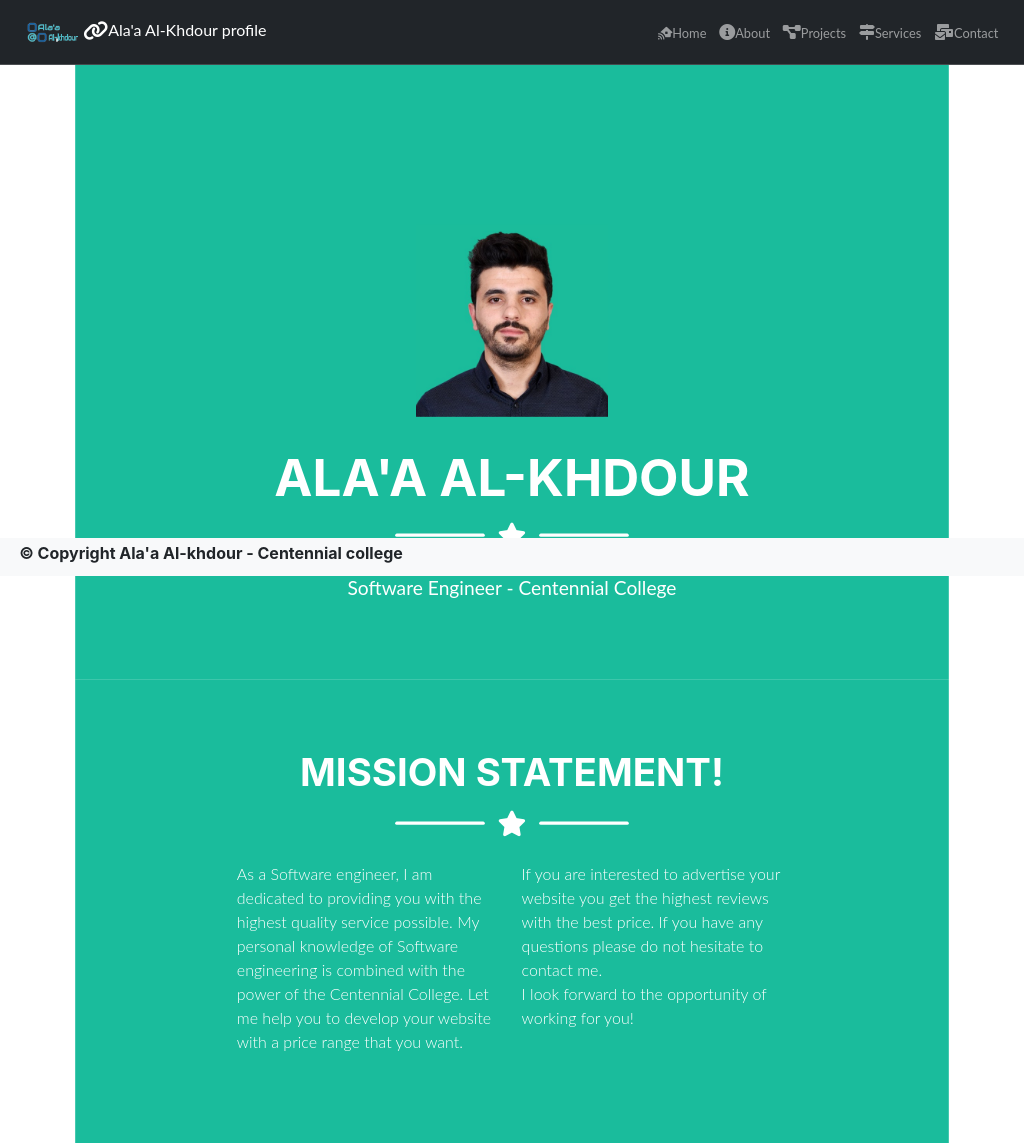
Repository: alaakhdour/heroukulivesite-section1
Page: http://localhost/
An editor plug-in stored every save of this project. The page is shown before and after the next save, followed by the edit.
The browser window is 1280 px wide. The pictures show the whole page, at 80% of full size.
The page is served by the project's Node server (server.js). Other server files are loaded and not shown.

Above is the page before, as saved 2022-06-18 01:52:56.

### Server/Views/index.ejs

<!DOCTYPE html>
<html lang="en">
<head>
    <meta charset="UTF-8">
    <meta http-equiv="X-UA-Compatible" content="IE=edge">
    <meta name="viewport" content="width=device-width, initial-scale=1.0">
    <title><%= title %></title>
    <!-- CSS Section -->
    <link rel="stylesheet" href="./bootstrap/dist/css/bootstrap.min.css">
    <link rel="stylesheet" href="./@fortawsome/fontawesome-free/css/all.min.css">
    <link rel="stylesheet" href="./Content/app.css">
    <link rel="stylesheet" href="./Content/styles.css">
</head>
<body>
    <!-- Main Navigation Section -->
    <header>
        <%- include('./components/header.ejs'); %>
    </header>

    <!-- Content Section-->
    <main>
        <%- include('content/' + page + '.ejs'); %>

    </main>

    <!-- Site-wide footer-->
    <footer>
        <%- include('components/footer.ejs'); %>
    </footer>

    <!-- JavaScript Section -->
    <script src="./jquery/dist/jquery.min.js"></script>
    <script src="./bootstrap/dist/js/bootstrap.min.js"></script>
    <script src="./@fortawesome/fontawesome-free/js/all.min.js"></script>
    <script src="./Scripts/app.js"></script>
</body>
</html>

### Server/Views/components/header.ejs
<nav class="navbar navbar-expand-lg navbar-dark bg-dark">
    <div class="container-fluid">
      <a class="navbar-brand" href="/"> <img src="./Assets/images/logo.png" alt="" width="80" height="55"><i class="fa-solid fa-link fa-lg"></i>Ala'a Al-Khdour profile</a>
      <button class="navbar-toggler" type="button" data-bs-toggle="collapse" data-bs-target="#navbarSupportedContent" aria-controls="navbarSupportedContent" aria-expanded="false" aria-label="Toggle navigation">
        <span class="navbar-toggler-icon"></span>
      </button>
      <div class="collapse navbar-collapse" id="navbarSupportedContent">
        <ul class="navbar-nav ms-auto mb-2 mb-lg-0">
          <li class="nav-item">
            <a class="nav-link" aria-current="page" href="/home"><i class="fa-solid fa-house-signal"></i>Home</a>
          </li>

          <li class="nav-item">
            <a class="nav-link" aria-current="page" href="/about"><i class="fa-solid fa-circle-info fa-lg"></i>About</a>
          </li>

          <li class="nav-item">
            <a class="nav-link" aria-current="page" href="/projects"><i class="fa-solid fa-diagram-project fa-lg"></i>Projects</a>
          </li>

          <li class="nav-item">
            <a class="nav-link" aria-current="page" href="/services"><i class="fa-solid fa-signs-post fa-lg"></i>Services</a>
          </li>

          <li class="nav-item">
            <a class="nav-link" aria-current="page" href="/contact"><i class="fa-solid fa-envelopes-bulk fa-lg"></i>Contact </a>
          </li>


        </ul>
      </div>
    </div>
  </nav>

### Server/Views/content/home.ejs
<div class="container">
    <header class="masthead bg-primary text-white text-center">
        <div class="container d-flex align-items-center flex-column">
            <!-- Masthead Avatar Image-->
            <img class="masthead-avatar mb-5" src="./Assets/images/Alaa.jpg" alt="..." />
            <!-- Masthead Heading-->
            <h1 class="masthead-heading text-uppercase mb-0">Ala'a Al-khdour</h1>
            <!-- Icon Divider-->
            <div class="divider-custom divider-light">
                <div class="divider-custom-line"></div>
                <div class="divider-custom-icon"><i class="fas fa-star"></i></div>
                <div class="divider-custom-line"></div>
            </div>
            <!-- Masthead Subheading-->
            <p class="masthead-subheading font-weight-light mb-0">Software Engineer - Centennial  College</p>
        </div>
    </header>



    <section class="page-section bg-primary text-white mb-0" id="about">
        <div class="container">
            <!-- About Section Heading-->
            <h2 class="page-section-heading text-center text-uppercase text-white">Mission Statement!</h2>
            <!-- Icon Divider-->
            <div class="divider-custom divider-light">
                <div class="divider-custom-line"></div>
                <div class="divider-custom-icon"><i class="fas fa-star"></i></div>
                <div class="divider-custom-line"></div>
            </div>
            <!-- About Section Content-->
            <div class="row">
                <div class="col-lg-4 ms-auto"><p class="lead">As a Software engineer, I am dedicated to providing you with the highest quality service possible. My personal knowledge of Software engineering is combined with the power of the Centennial College.
                    Let me help you to develop your website with a price range that you want.</p></div>
                <div class="col-lg-4 me-auto"><p class="lead"> If you are interested to advertise your website you get the highest reviews with the best price.
                    If you have any questions please do not hesitate to contact me.<br> I look forward to the opportunity of working for you!</p></div>
            </div>

        </div>
    </section>
</div>

### Server/Views/components/footer.ejs
<nav class="navbar fixed-bottom bg-light">
    <div class="container-fluid">
      <h5 id="copyright">&copy; Copyright Ala'a Al-khdour - Centennial college</h5>
    </div>
  </nav>

### server.js
"use strict";
var __importDefault = (this && this.__importDefault) || function (mod) {
    return (mod && mod.__esModule) ? mod : { "default": mod };
};
Object.defineProperty(exports, "__esModule", { value: true });
const app_1 = __importDefault(require("./Server/Config/app"));
const debug_1 = __importDefault(require("debug"));
(0, debug_1.default)('week4:server');
const http_1 = __importDefault(require("http"));
const port = normalizePort(process.env.PORT || '3000');
app_1.default.set('port', port);
const server = http_1.default.createServer(app_1.default);
server.listen(port);
server.on('error', onError);
server.on('listening', onListening);
function normalizePort(val) {
    let port = parseInt(val, 10);
    if (isNaN(port)) {
        return val;
    }
    if (port >= 0) {
        return port;
    }
    return false;
}
function onError(error) {
    if (error.syscall !== 'listen') {
        throw error;
    }
    let bind = typeof port === 'string'
        ? 'Pipe ' + port
        : 'Port ' + port;
    switch (error.code) {
        case 'EACCES':
            console.error(bind + ' requires elevated privileges');
            process.exit(1);
            break;
        case 'EADDRINUSE':
            console.error(bind + ' is already in use');
            process.exit(1);
            break;
        default:
            throw error;
    }
}
function onListening() {
    let addr = server.address();
    let bind = 'pipe ' + addr;
    (0, debug_1.default)('Listening on ' + bind);
}
//# sourceMappingURL=server.js.map

### Server/Routes/index.js
"use strict";
var __importDefault = (this && this.__importDefault) || function (mod) {
    return (mod && mod.__esModule) ? mod : { "default": mod };
};
Object.defineProperty(exports, "__esModule", { value: true });
const express_1 = __importDefault(require("express"));
const router = express_1.default.Router();
router.get('/', function (req, res, next) {
    res.render('index', { title: 'Home', page: 'home' });
});
router.get('/home', function (req, res, next) {
    res.render('index', { title: 'Home', page: 'home' });
});
router.get('/about', function (req, res, next) {
    res.render('index', { title: 'About Us', page: 'about' });
});
router.get('/projects', function (req, res, next) {
    res.render('index', { title: 'My Projects', page: 'projects' });
});
router.get('/services', function (req, res, next) {
    res.render('index', { title: 'My services', page: 'services' });
});
router.get('/contact', function (req, res, next) {
    res.render('index', { title: 'contact us', page: 'contact' });
});
exports.default = router;
//# sourceMappingURL=index.js.map

### Client/data/data.json
{
    "FullName": "AlaaAlkhdour",
    "ContactNumber": "999999999999",
    "EmailAddress": "ala@example.com"
}

### content/app.css
h1
{
    font-size: 70px;
    font-family: Verdana, Geneva, Tahoma, sans-serif;
}

### scripts/app.js
//IIFE
(function()
{

    function Start()
    {
        console.log("App Started!");

        // use AJAX to read JSON file

        // Step 1: Create a new XHR object
        let XHR = new XMLHttpRequest();

        // Step 2: Create the request
        XHR.open("GET", "../data/data.json");

        // Step 3: Send the request
        XHR.send();

        // Step 4: create an event listener/handler
        XHR.addEventListener("readystatechange", function()
        {
            if(XHR.readyState == 4 && XHR.status == 200)
            {
                console.log("JSON Data:");
                console.log("===========");
                console.log(XHR.responseText);
            }
        });
    }

    window.addEventListener("load", Start);

})();

Loaded but not shown: Client/content/styles.css (library)

After the next save:
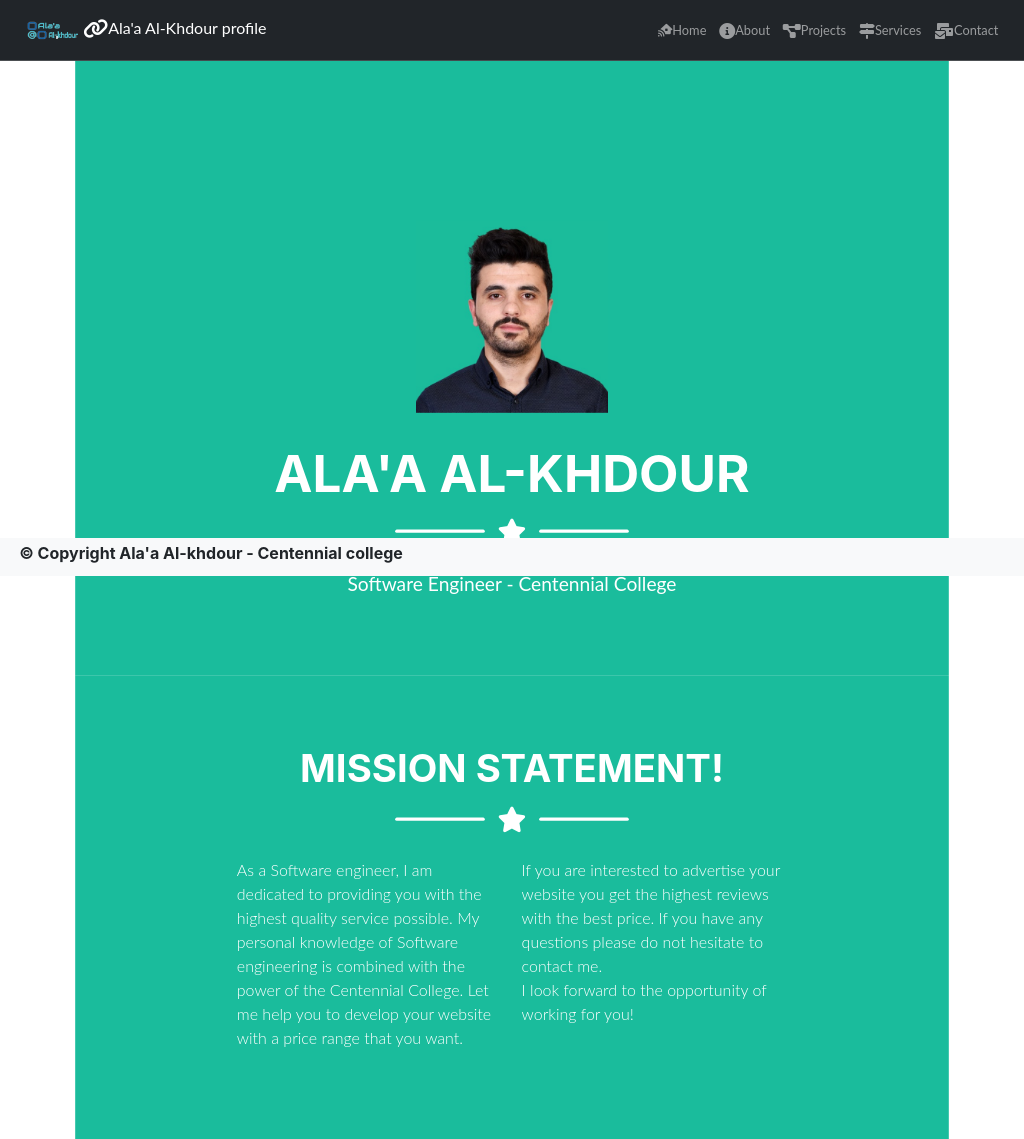
Saved 17 s later.
--- a/Server/Views/components/header.ejs
+++ b/Server/Views/components/header.ejs
@@ -1,6 +1,6 @@
 <nav class="navbar navbar-expand-lg navbar-dark bg-dark">
     <div class="container-fluid">
-      <a class="navbar-brand" href="/"> <img src="./Assets/images/logo.png" alt="" width="80" height="55"><i class="fa-solid fa-link fa-lg"></i>Ala'a Al-Khdour profile</a>
+      <a class="navbar-brand" href="/"> <img src="./Assets/images/logo.png" alt="" width="80" height="50"><i class="fa-solid fa-link fa-lg"></i>Ala'a Al-Khdour profile</a>
       <button class="navbar-toggler" type="button" data-bs-toggle="collapse" data-bs-target="#navbarSupportedContent" aria-controls="navbarSupportedContent" aria-expanded="false" aria-label="Toggle navigation">
         <span class="navbar-toggler-icon"></span>
       </button>
